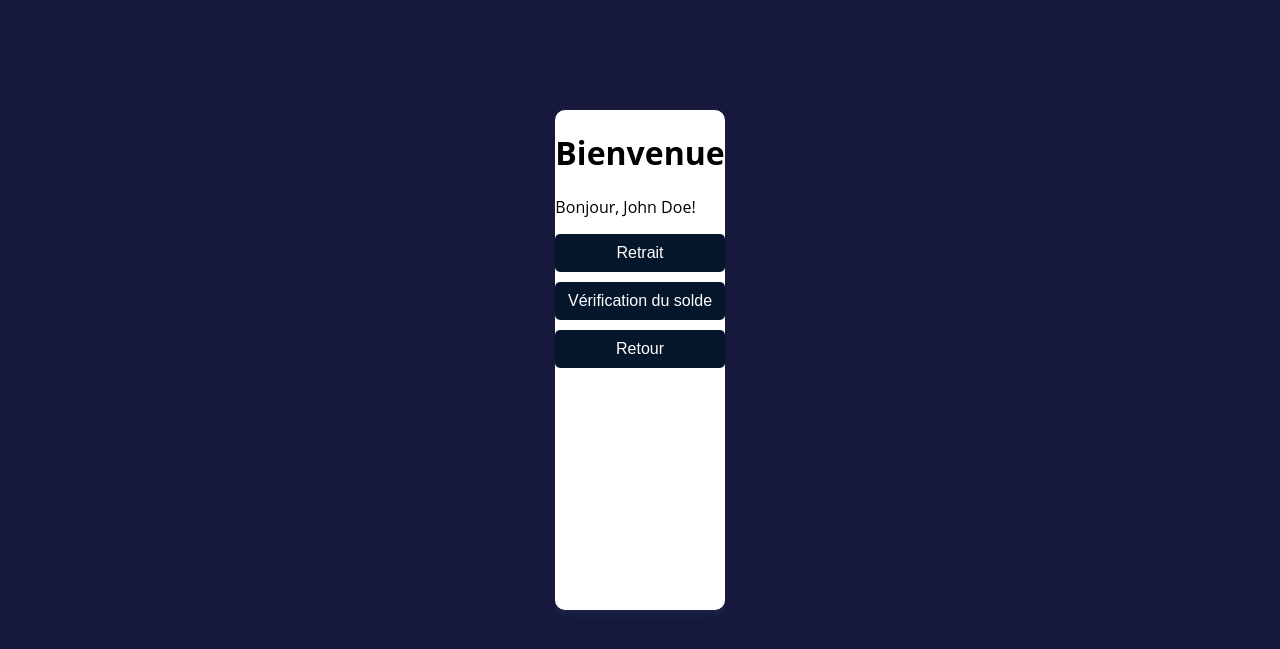
Repository: ndiawar/ProjetGab
Page: bienvenue.html
An editor plug-in stored every save of this project. The page is shown before and after the next save, followed by the edit.
The browser window is 1280 px wide. The pictures show the whole page.

Above is the page before, as saved 2024-08-07 19:40:59.
Console error: TypeError: Cannot read properties of null (reading 'addEventListener')

### bienvenue.html
<!DOCTYPE html>
<html lang="en">
<head>
    <meta charset="UTF-8">
    <meta name="viewport" content="width=device-width, initial-scale=1.0">
    <title> Interface Web de votre banque</title>
    <link rel="stylesheet" href="style.css">
    <script src="script.js"></script>
</head>
<body>
    <div class="container">
        <h1 id="bienvenue">Bienvenue</h1>
        <p id="welcome-message">Bonjour, <span id="client-name">Client</span>!</p>
        <button class="button retrait" onclick="alert('Accès au retrait')">Retrait</button>
        <button class="button solde" onclick="alert('Vérification du solde')">Vérification du solde</button>
        <button class="button retour" onclick="alert('merci à la prochaine')">Retour</button>
    </div>

    <script>
        // Remplacez 'Client' par le nom réel du client
        document.getElementById('client-name').textContent = 'John Doe';
    </script>
</body>
</html>

### style.css
:root {
    /* Définition des couleurs de base */
    --blue-sky-1: #16193B; /* Bleu nuit */
    --blue-sky-2: #35478C; /* Bleu foncé */
    --blue-sky-3: #4E7AC7; /* Bleu vif */
    --blue-sky-4: #7FB2F0; /* Bleu clair */
    --blue-sky-5: #ADD5F7; /* Bleu très clair */
    --Noir-6: #000000; /* Noir */
    --white-7: #ffffff;

    /* Utilisation des couleurs pour différents éléments */
    --color-title: var(--blue-sky-1); /* Couleur pour les titres */
    --color-subtitle: var(--blue-sky-3); /* Couleur pour les sous-titres */
    --color-paragraph: var(--blue-sky-2); /* Couleur pour les paragraphes */
    --color-border: var(--blue-sky-4); /* Couleur pour les bordures */
    --color-backgroundFoncé: var(--blue-sky-1); /* Couleur de fond foncée */
    --color-background: var(--blue-sky-5); /* Couleur de fond général */
    --color-text: var(--Noir-6); /* Couleur pour le texte de fond */
    --color-white: var(--white-7); /* Couleur blanche pour le texte de fond d'une balise */

    /* Polices */
    --font-title: 'Montserrat', sans-serif;
    --font-text: 'Open Sans', sans-serif;
    --font-subtitle: 'Roboto', sans-serif;

    /* Taille de police standard et poids */
    --font-size-normal: 16px; /* Taille de police standard pour le texte */
    --font-size-title: 28px; /* Taille de police pour les grands titres */
    --font-size-subtitle: 20px; /* Taille de police pour les sous-titres */
    --font-weight-normal: 400; /* Poids normal de la police */
    --font-weight-bold: 700; /* Poids en gras */
    /* Pour le profil la taille du nom et du sous-titre */
    --font-size-titleProfil: 45px;
    --font-size-subtitleProfil: 30px;
}


/*Initialisation de notre body pour supprimer les marges et choix du type de police pour notre site*/


/*Initialisation de notre body pour supprimer les marges et choix du type de police pour notre site*/
* {
  box-sizing: border-box;
}

/* Style global pour le corps de la page */
body, html {
    margin: 0;
    padding: 0;
    color: var(--color-text);
    font-family: var(--font-text);
    font-size: var(--font-size-normal);
    font-weight: var(--font-weight-normal);
    overflow-x: hidden;
    height: 100%;
    display: flex;
    align-items: center;
    justify-content: center;
    background-color: var(--color-backgroundFoncé);/**/
}

/* Conteneur principal qui tient la page de connexion */
.login-container {
    display: flex;
    width: 100%;
    max-width: 900px;
    height: 500px;
    background-color: var(--color-white);
    box-shadow: 0 4px 8px rgba(101, 150, 214, 0.1);
    border-radius: 10px;
    overflow: hidden;
}
.container {
    display: block;
    width: 100%;
    max-width: 900px;
    height: 500px;
    background-color: var(--color-white);
    box-shadow: 0 4px 8px rgba(101, 150, 214, 0.1);
    border-radius: 10px;
    overflow: hidden;
}
/* Style pour la section du formulaire de connexion */
.login-form {
    flex: 1;
    padding: 40px;
    background-color: var(--color-white);
    display: flex;
    flex-direction: column;
    justify-content: center;
}

/* Style pour les titres et formulaires dans la section de connexion */
.login-form h2 {
    margin-bottom: 20px;
    color: var(--color-title);
    font-size: var(--font-size-title);
    font-family: var(--font-title);
    font-weight: var(--font-weight-bold);
    padding: 5px 0 60px 50px;
}

.form-group {
    margin-bottom: 15px;
    font-size: var(--font-subtitle);
    font-weight: var(--font-weight-normal);
    font-family: var(--font-text);
    color: var(--color-title);
}

.form-group label {
    display: block;
    margin-bottom: 5px;
    color: var(--color-title);
}

.form-group input {
    width: 100%;
    padding: 10px;
    border: 1px solid var(--color-title);
    border-radius: 5px;
    font-size: 16px;
    box-sizing: border-box;
}

button {
    width: 100%;
    padding: 10px;
    background-color: var(--color-backgroundFoncé);
    color: var(--color-white);
    border: none;
    border-radius: 5px;
    font-size: 16px;
    cursor: pointer;
    transition: background-color 0.3s ease;
}

button:hover {
    background-color: var(--color-border);
}

/* Style pour la section de bienvenue avec le logo */
.welcome-section {
    flex: 1;
    display: flex;
    align-items: center;
    justify-content: center;
    color: var(--color-backgroundFoncé);
}

.welcome-content {
    text-align: center;
    padding: 20px;
}

.logo {
    width: 350px;
    height: 350px;
    margin-bottom: 20px;
}

.welcome-section h1 {
    margin: 0 0 10px;
    font-size: 36px;
}

.welcome-section p {
    font-size: 18px;
    margin: 0;
}

/*Debut partie yaye*/

h1.bienvenue{
  font-size: 24px;
  margin-bottom: 10px;
  color: var(black);
}
p.welcome-message {
  font-size: 18px;
  margin-bottom: 20px;
  color: var(black);
}
.button {
  display: block;
  width: 100%;
  padding: 10px;
  margin: 10px 0;
  font-size: 16px;
  text-align: center;
  border: none;
  border-radius: 5px;
  cursor: pointer;
  transition: background-color 0.3s;
  background-color: #05162b;
}
.button:hover {
  background-color: var(#35478c);
}
.button.retrait {
  background-color: var(rgba(1, 4, 24, 0.911));
  color: var(--color-white);
}
.button.solde {
  background-color:var(rgba(1, 4, 24, 0.911));
  color: var(--color-white);
}
.button.retour {
  background-color: var(rgba(1, 4, 24, 0.911));
  color: var(--color-white);
}
/* fin partie yaye*/

### script.js
//Déclaration du tableau utilisateurs avec des valeurs d'objets
const utilisateurs = [
    { idCard: '1001', mdp: '51234', etatCmpt: false, nom: 'Dupont', prenom: 'Jean' },
    { idCard: '1002', mdp: '95678', etatCmpt: false, nom: 'Martin', prenom: 'Marie' },
    { idCard: '1003', mdp: '45637', etatCmpt: false, nom: 'Durand', prenom: 'Pierre' },
    { idCard: '1004', mdp: '98712', etatCmpt: false, nom: 'Leroy', prenom: 'Luc' },
    { idCard: '1005', mdp: '45632', etatCmpt: false, nom: 'Moreau', prenom: 'Sophie' },
    { idCard: '1006', mdp: '54832', etatCmpt: false, nom: 'Simon', prenom: 'Laura' },
    { idCard: '1007', mdp: '12345', etatCmpt: false, nom: 'Lambert', prenom: 'Alex' },
    { idCard: '1008', mdp: '67890', etatCmpt: false, nom: 'Garcia', prenom: 'Elena' },
    { idCard: '1009', mdp: '11223', etatCmpt: false, nom: 'Bernard', prenom: 'Nicolas' },
    { idCard: '1010', mdp: '44556', etatCmpt: false, nom: 'Petit', prenom: 'Lucie' }
];

//Sauvegarder les données initials de l'utilisateur dans localStorage si ce n'est pas déja fait
if (!localStorage.getItem('utilisateurs')) {
    localStorage.setItem('utilisateurs', JSON.stringify(utilisateurs));
}

//Déclaration de variable pour enregister le nombre maximum de tentative
//et une variable pour mettre dans le local storage si l'utilisateur est bloqué aprés trois tentative
const maxAttempts = 3;
const userAttempts = JSON.parse(localStorage.getItem('userAttempts')) || {};

// Charge les données de l'utilisateur depuis le LocalStorage
let storedUsers = JSON.parse(localStorage.getItem('utilisateurs')) || [];
//On recupère lesélément id du formulaire pour interagir avec l'événement
//Récupére id du paragraphe pour afficher les msg d'rreurs
const loginForm = document.getElementById('loginForm');
const errorMessage = document.getElementById('errorMessage');
// Lafonction qui lance l'événement connexion
loginForm.addEventListener('submit', function(event) {
    event.preventDefault();
//On recupère les valeurs saisient par les utilisateurs
    const identifiant = document.getElementById('identifiant').value;
    const password = document.getElementById('password').value;
//On recherche l'utilisateur dans le store qui enregistre notre tableau
//Pour le vérifier ensuite avec l'information que l'utilisateur à saisie "identifiant"
    const utilisateur = storedUsers.find(u => u.idCard === identifiant);

    if (!utilisateur) {
        errorMessage.textContent = "Identifiant de carte introuvable,Veuillez réessayer.";
        errorMessage.style.display = "block";
        return;
    }

    if (utilisateur.etatCmpt) {
        errorMessage.textContent = "Compte bloqué. Veuillez contacter votre banque.";
        errorMessage.style.display = "block";
        return;
    }

    if (!userAttempts[identifiant]) {
        userAttempts[identifiant] = 0;
    }

    if (utilisateur.mdp !== password) {
        userAttempts[identifiant]++;
        if (userAttempts[identifiant] >= maxAttempts) {
            utilisateur.etatCmpt = true;
            localStorage.setItem('utilisateurs', JSON.stringify(storedUsers));
            errorMessage.textContent = "Compte bloqué après trois tentatives échouées.";
            errorMessage.style.display = "block";
        } else {
            localStorage.setItem('userAttempts', JSON.stringify(userAttempts));
            errorMessage.textContent = `Mot de passe incorrect. Tentative ${userAttempts[identifiant]} sur ${maxAttempts}.`;
            errorMessage.style.display = "block";
        }
        return;
    }

    userAttempts[identifiant] = 0; // Réinitialise les tentatives
    localStorage.setItem('userAttempts', JSON.stringify(userAttempts));
    alert(`Authentification réussie! Bienvenue, ${utilisateur.prenom} ${utilisateur.nom}.`);
    errorMessage.style.display = "none";
    window.location.href = './bienvenue.html'; // Redirection vers la page bienvenue
});

After the next save:
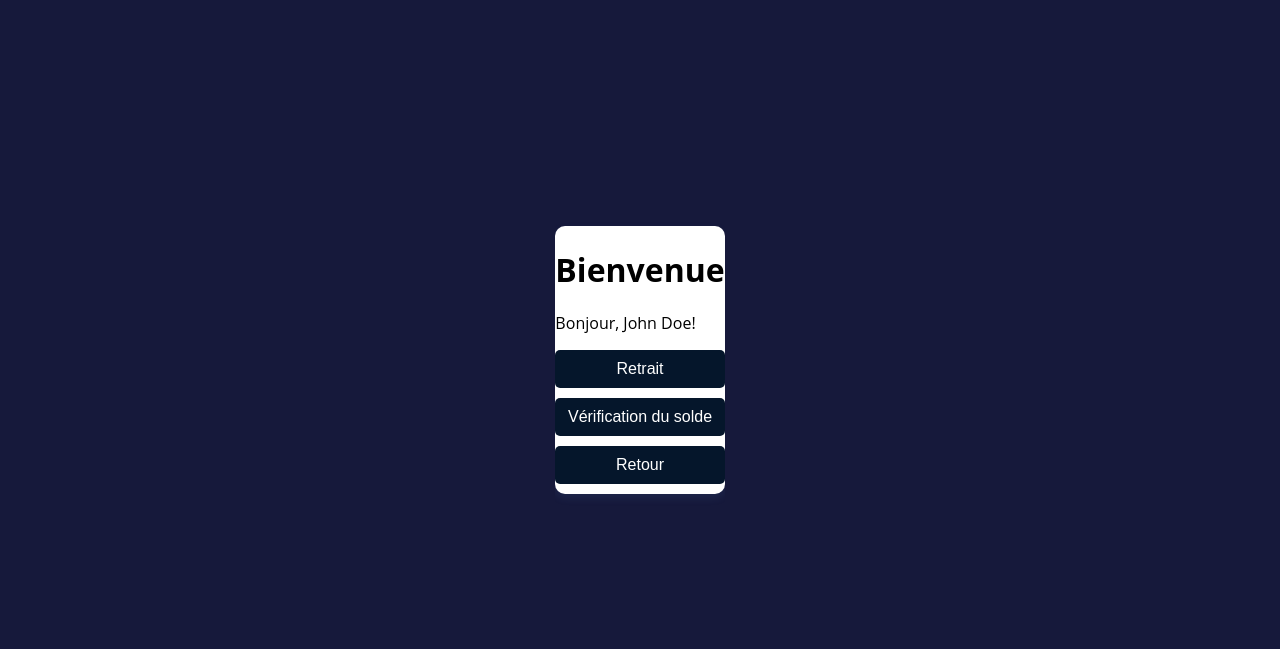
Saved 36 s later.
--- a/style.css
+++ b/style.css
@@ -74,7 +74,7 @@ body, html {
     display: block;
     width: 100%;
     max-width: 900px;
-    height: 500px;
+    height: auto;
     background-color: var(--color-white);
     box-shadow: 0 4px 8px rgba(101, 150, 214, 0.1);
     border-radius: 10px;
